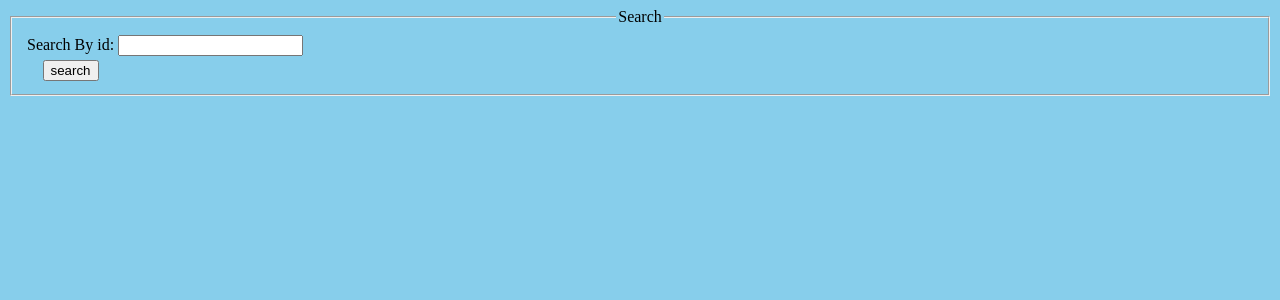
Repository: pawankumarsharm/UST_JDBC_SERVLET
Page: jdbc/empwebapp/WebContent/search.html
The author's editor kept a copy of each file at every save. The page is drawn from the files as they stood at one save, then again after the next save.
The browser window is 1280 px wide. The pictures show the whole page.

Above is the page before, as saved 2019-11-15 09:39:07.

After the next save:
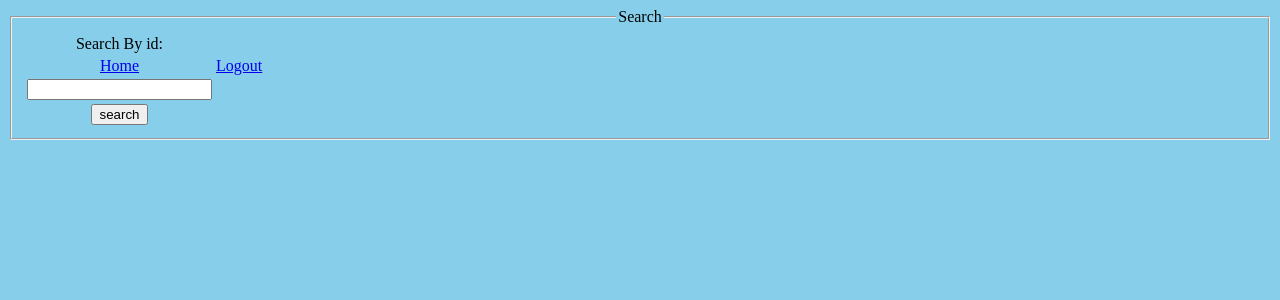
Saved 66 s later.
--- a/jdbc/empwebapp/WebContent/search.html
+++ b/jdbc/empwebapp/WebContent/search.html
@@ -11,6 +11,10 @@
 <table>
 <tr>
 <td>Search By id:</td>
+<tr>
+<td><a href="#">Home</a></td>
+<td><a href="#">Logout</a></td>
+</tr>
 <td> <input name="id" type="number"></td>
 </tr>
 <tr>
